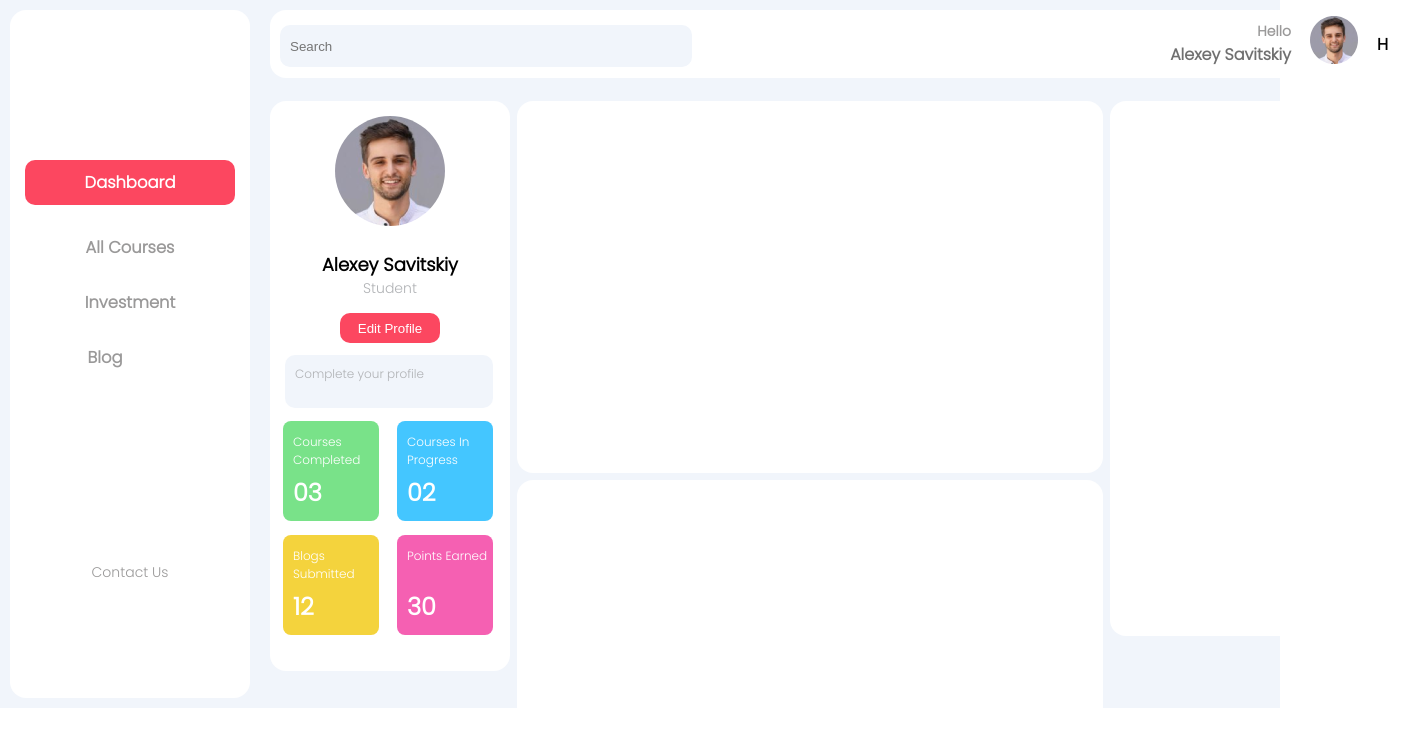
Repository: Anuruddha00/dashboard-design
Page: /
The author's editor kept a copy of each file at every save. The page is drawn from the files as they stood at one save, then again after the next save.
The browser window is 1280 px wide. The page is 1403 px wide, then 1421 px, so the pictures cover 1421 px, including what lies to the right of the window. The pictures show the whole page.
The project was rebuilt for these pictures with package versions that can differ from the ones it lists, and the page was loaded fresh each time.

Above is the page before, as saved 2021-05-07 17:48:24.

### public/index.html
<!DOCTYPE html>
<html lang="en">
  <head>
    <meta charset="utf-8" />
    <link rel="icon" href="%PUBLIC_URL%/favicon.ico" />
    <meta name="viewport" content="width=device-width, initial-scale=1" />
    <meta name="theme-color" content="#000000" />
    <meta
      name="description"
      content="Web site created using create-react-app"
    />
    <link rel="apple-touch-icon" href="%PUBLIC_URL%/logo192.png" />

    <link rel="preconnect" href="https://fonts.gstatic.com">
    <link href="https://fonts.googleapis.com/css2?family=Poppins:wght@300&display=swap" rel="stylesheet">

    <!--
      manifest.json provides metadata used when your web app is installed on a
      user's mobile device or desktop. See https://developers.google.com/web/fundamentals/web-app-manifest/
    -->
    <link rel="manifest" href="%PUBLIC_URL%/manifest.json" />
    <!--
      Notice the use of %PUBLIC_URL% in the tags above.
      It will be replaced with the URL of the `public` folder during the build.
      Only files inside the `public` folder can be referenced from the HTML.

      Unlike "/favicon.ico" or "favicon.ico", "%PUBLIC_URL%/favicon.ico" will
      work correctly both with client-side routing and a non-root public URL.
      Learn how to configure a non-root public URL by running `npm run build`.
    -->
    <title>React App</title>
  </head>
  <body>
    <noscript>You need to enable JavaScript to run this app.</noscript>
    <div id="root"></div>
    <!--
      This HTML file is a template.
      If you open it directly in the browser, you will see an empty page.

      You can add webfonts, meta tags, or analytics to this file.
      The build step will place the bundled scripts into the <body> tag.

      To begin the development, run `npm start` or `yarn start`.
      To create a production bundle, use `npm run build` or `yarn build`.
    -->
  </body>
</html>

### src/index.js
import React from 'react';
import ReactDOM from 'react-dom';
import Dashboard from './containers/Dashboard/Dashboard';
import reportWebVitals from './reportWebVitals';

ReactDOM.render(
  <React.StrictMode>
    <Dashboard />
  </React.StrictMode>,
  document.getElementById('root')
);

// If you want to start measuring performance in your app, pass a function
// to log results (for example: reportWebVitals(console.log))
// or send to an analytics endpoint. Learn more: https://bit.ly/CRA-vitals
reportWebVitals();

### src/containers/Dashboard/Dashboard.js
import React from 'react';
import './Dashboard.scss';

const dashboard = () =>{

    return(
        <div className='container'>
            <div className='dashboard'>
                <div className='dashboardSideBar'>
                   <div className='dashboardSideBarTitle'>
                        <h3 className='dashboardSideBarTitleDashboard'>Dashboard</h3>
                        <h3 className='dashboardSideBarTitleCourses'>All Courses</h3>
                        <h3 className='dashboardSideBarTitleInvestment'>Investment</h3>
                        <h3 className='dashboardSideBarTitleBlog'>Blog</h3>
                   </div>
                   <div className='dashboardSideBarContact'>
                        <p>Contact Us</p>
                   </div>
                </div>
                <div className='dashboardMenu'>
                    <section className='content'>
                        <nav className='contentNavbar'>
                            <div className='contentNavbarSearch'>
                                <form>
                                    <input type='text' placeholder='Search'/>
                                </form>
                            </div>
                            <div className='contentNavbarProfile'>
                                <div className='contentNavbarProfileName'>
                                    <h3>Hello</h3>
                                    <h2>Alexey Savitskiy</h2>
                                </div>
                                <img src='./assets/Image 9.png'/>
                                <h1>H</h1>
                            </div>
                        </nav>

                        <div className='contentBody'>
                            <section className='details'>
                                <div className='detailsAbout'>
                                    <div className='detailsAboutProfile'>
                                        <img src='./assets/Image 12.png'/>
                                        <h3>Alexey Savitskiy</h3>
                                        <p>Student</p>
                                        <button>Edit Profile</button>
                                    </div>
                                    <div className='detailsAboutComplete'>
                                        <p>Complete your profile</p>
                                    </div>
                                    <div className='detailsAboutProgress'>
                                        <div className='detailsAboutProgressCompleted'>
                                            <p>Courses Completed</p>
                                            <h1>03</h1>
                                        </div>
                                        <div className='detailsAboutProgressContinue'>
                                            <p>Courses In Progress</p>
                                            <h1>02</h1>
                                        </div>
                                        <div className='detailsAboutProgressBlogs'>
                                            <p>Blogs Submitted</p>
                                            <h1>12</h1>
                                        </div>
                                        <div className='detailsAboutProgressPoints'>
                                            <p>Points Earned</p>
                                            <h1>30</h1>
                                        </div>
                                    </div>
                                </div>
                            </section>

                            <section className='view'>
                                <section className='courses'>
                                    <nav className='coursesNavbar'>

                                    </nav>
                                </section>
                                <section className='blog'>

                                </section>
                            </section>

                            <section className='notification'>
                                <div className='notificationBar'>

                                </div>
                            </section>
                        </div>
                   </section>
                </div>
            </div>
        </div>
    )

}
export default dashboard;

### src/containers/Dashboard/Dashboard.scss

body{
    margin: 0;
    padding: 0;
    font-size: 0.875rem;
    font-family: 'Poppins', sans-serif;

}

.container{
    background: #f1f5fb;
    height: 100%;
    width: 100%;

    .dashboard{
        display: grid;
        grid-template-columns: 1fr 4fr;
        grid-auto-rows: minmax(100px, auto);

        &SideBar{
            grid-column: 1;
            grid-row: 1 / 6;
            border-radius: 16px;
            background: #ffffff;
            margin: 10px;
            height: 688px;
            width: 240px;

            &Title{
                margin-top: 150px;
                font-size: 14px;

                &Dashboard{
                    background:#fc4760;
                    border-radius: 10px;
                    text-align: center;
                    padding: 10px 10px 10px 10px;
                    margin: 10px 15px 10px 15px;
                    color: #ffffff;

                }
                &Courses{
                    text-align: center;
                    margin-top: 30px;
                    color: #9a9999;
                }
                &Investment{
                    text-align: center;
                    margin-top: 30px;
                    color: #9a9999;
                }
                &Blog{
                    text-align: center;
                    margin-top: 30px;
                    margin-right: 50px;
                    color: #9a9999;
                }
            }
            &Contact{
                margin-top: 80%;

                p{
                    text-align: center;
                    color: #9a9999;
                    font-size: 14px;
                }

            }
        }
        &Menu{
            grid-column: 2;
            grid-row: 1 / 6;
            margin: 10px;

            .content{
                display: grid;
                grid-template-rows:1fr 7fr ;
                gap:10px;

                &Navbar{
                    display: grid;
                    grid-template-columns: 1fr 1fr;
                    background: #ffffff;
                    border-radius: 16px;
                    height: 68px;

                    &Search{

                        input{
                            background: #f1f5fb;
                            border-style: none;
                            padding-left: 10px;
                            width: 400px;
                            height: 40px;
                            margin: 15px 0 0 10px;
                            border-radius: 10px;

                        }
                    }
                    &Profile{
                        display: flex;
                        flex-direction: row;
                        justify-content: flex-end;
                        gap: 1em;
                        margin-right: 15px;
                        align-items: center;
                        height: 68px;

                        &Name{
                            text-align: end;
                            margin-top: 0;

                            h3{
                                color: #9a9999;
                                margin: 0;
                                font-size: 14px;
                            }
                            h2{
                                margin: 0;
                                font-size: 16px;
                                color: #707070;
                            }
                        }
                    }
                }
                &Body{
                    display: grid;
                    grid-template-columns: 2fr 5fr 3fr;
                    position: relative;

                    .details{
                        border-radius: 16px;
                        background: #ffffff;


                        &About{
                            height:555px;
                            width: 240px;

                            &Profile{
                                text-align: center;
                                margin-top: 15px;


                                h3{
                                    font-size: 18px;
                                    margin: 0;
                                }
                                p{
                                    color: #b0b2b5;
                                    margin-top: 0;
                                }
                                button{
                                    border-style: none;
                                    border-radius: 10px;
                                    width: 100px;
                                    height: 30px;
                                    color: #ffffff;
                                    background: #fc4760;

                                }
                            }
                            &Complete{
                                background: #f1f5fb;
                                border-radius: 10px;
                                color: #b0b2b5;
                                height: 53px;
                                width: 208px;
                                font-size: 12px;
                                margin-left: 15px;

                                p{
                                    padding-left: 10px;
                                    padding-top: 10px;
                                }
                            }
                            &Progress{
                                display: grid;
                                grid-template-columns: 1fr 1fr;
                                margin: 13px;
                                gap: 1em;
                                color: #ffffff;

                                p{
                                    font-size: 12px;
                                    padding-left: 10px;
                                }


                                &Completed{
                                    background: #79e289;
                                    border-radius: 8px;
                                    width: 96px;
                                    height: 100px;
                                    position: relative;

                                    h1{
                                        font-size: 24px;
                                        position: absolute;
                                        left: 10px;
                                        top: 30px;
                                    }

                                }
                                &Continue{
                                    background:  #44c6ff;
                                    border-radius: 8px;
                                    width: 96px;
                                    height: 100px;
                                    position: relative;

                                    h1{
                                        font-size: 24px;
                                        position: absolute;
                                        left: 10px;
                                        top: 30px;
                                    }

                                }
                                &Blogs{
                                    background:  #f4d33d;
                                    border-radius: 8px;
                                    width: 96px;
                                    height: 100px;
                                    position: relative;

                                    h1{
                                        font-size: 24px;
                                        position: absolute;
                                        left: 10px;
                                        top: 30px;
                                    }
                                }
                                &Points{
                                    background: #f560b2;
                                    border-radius: 8px;
                                    width: 96px;
                                    height: 100px;
                                    position: relative;

                                    h1{
                                        font-size: 24px;
                                        position: absolute;
                                        left: 10px;
                                        top: 30px;
                                    }
                                }
                            }
                        }
                    }
                    .view{
                        margin-left: 7px;

                        .courses{
                            width: 586px;
                            height: 372px;
                            border-radius: 16px;
                            background: #ffffff;
                            position: relative;

                        }

                        .blog{
                            width: 586px;
                            height: 272px;
                            border-radius: 16px;
                            background: #ffffff;
                            margin-top: 7px;
                            position: absolute;

                        }
                    }
                    .notification{
                        margin-left: 7px;

                        &Bar{
                            background: #ffffff;
                            width: 293px;
                            height: 535px;
                            border-radius: 16px;
                        }
                    }
                }
            }
        }
    }
}

Loaded but not shown: src/reportWebVitals.js (common file)

After the next save:
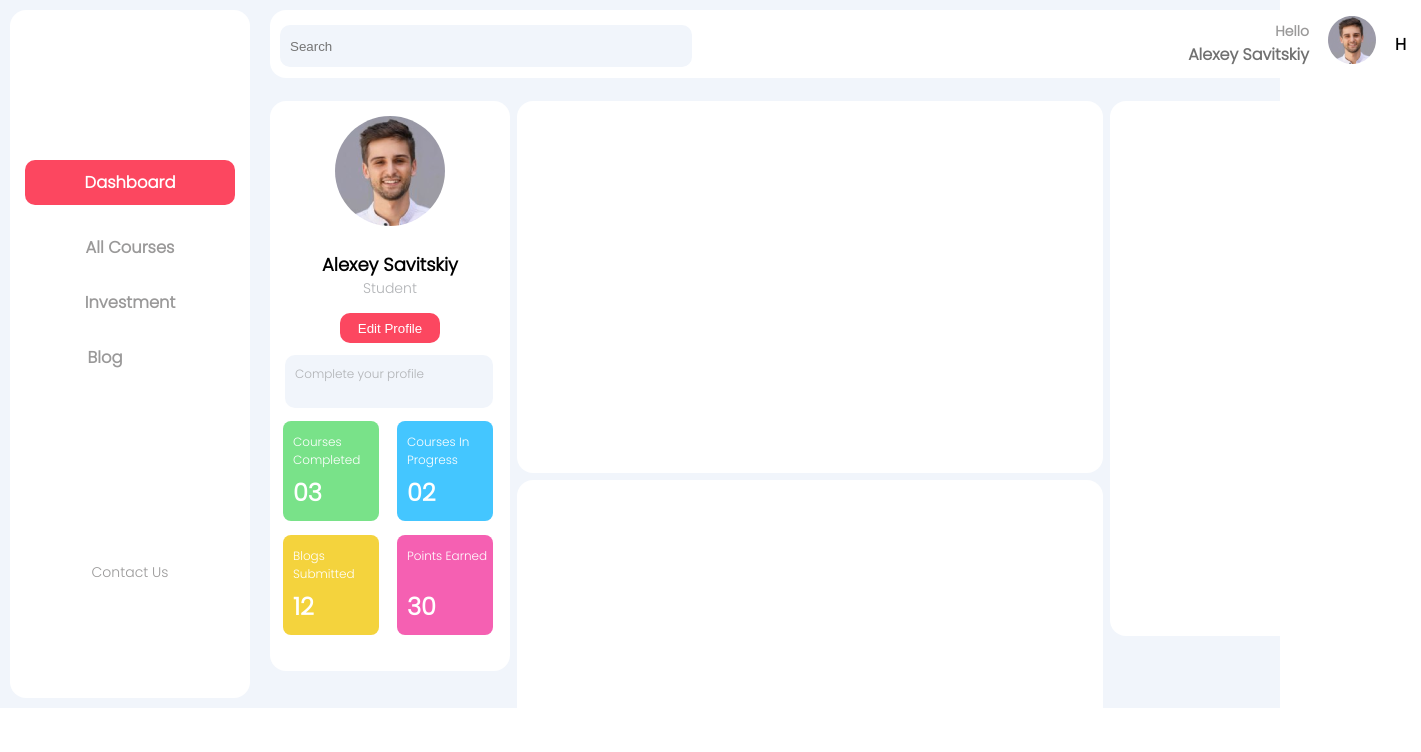
Saved 24 s later.
--- a/src/containers/Dashboard/Dashboard.scss
+++ b/src/containers/Dashboard/Dashboard.scss
@@ -83,6 +83,7 @@ body{
                     background: #ffffff;
                     border-radius: 16px;
                     height: 68px;
+                    width: 1151px;
 
                     &Search{
 
